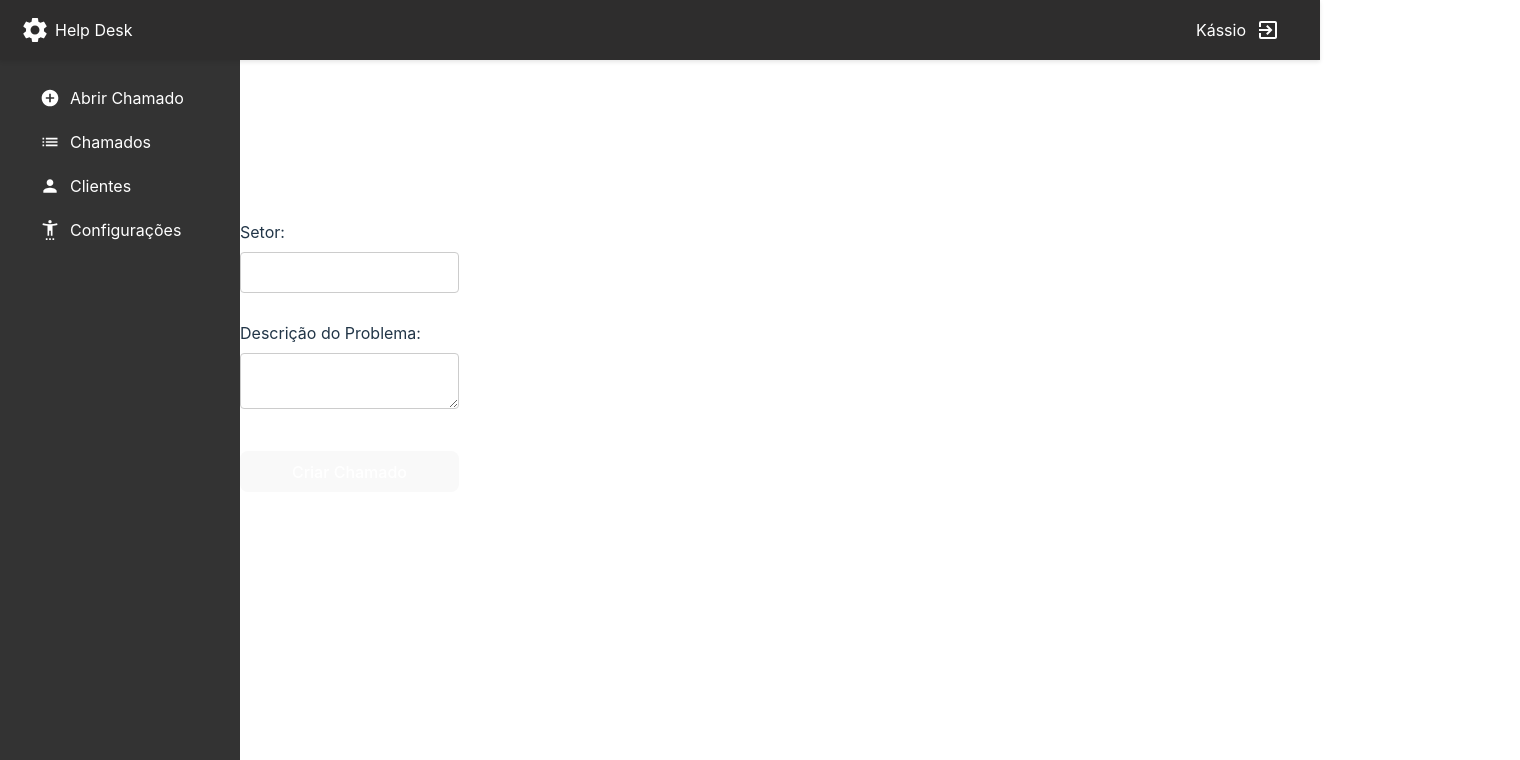
Repository: zkassimz/helpdesk
Page: /, after clicking the first element matching `li`
The author's editor kept a copy of each file at every save. The page is drawn from the files as they stood at one save, then again after the next save.
The browser window is 1280 px wide. The page is 1280 px wide, then 1520 px, so the pictures cover 1520 px, including what lies to the right of the window. The pictures show the whole page.
The project was rebuilt for these pictures with package versions that can differ from the ones it lists, and the page was loaded fresh each time. Also part of the build but not shown: vite.config.js, src/components/css/Chamados.css, src/components/Chamados.jsx, src/components/Clientes.jsx, src/components/Configuracoes.jsx.

Above is the page before, as saved 2024-05-06 17:05:53.

### index.html
<!doctype html>
<html lang="en">

  <body>
    <div id="root"></div>
    <script type="module" src="/src/main.jsx"></script>
  </body>
</html>

### src/App.jsx
// src/App.js
import React, { useState } from 'react';
import AppBar from './components/AppBar'; // Importando o componente AppBar
import Sidebar from './components/Sidebar';
import Chamados from './components/Chamados';
import Clientes from './components/Clientes';
import Configuracoes from './components/Configuracoes';
import CreateTicketPage from './components/AbrirChamadoForm';
import './App.css';

function App() {
  const [currentPage, setCurrentPage] = useState('Dashboard');

  const renderPage = () => {
    switch (currentPage) {

      case 'OpenCall':
        return <CreateTicketPage />;
      case 'Chamados':
        return <Chamados />;
      case 'Clientes':
        return <Clientes />;
      case 'Configuracoes':
        return <Configuracoes />;
      default:
        return <div>Página não encontrada</div>;
    }
  };

  return (
    <div className="app">
      <AppBar />
      <div className="content">
        <Sidebar setCurrentPage={setCurrentPage} />
        <div className="main-content">
          {renderPage()}
        </div>
      </div>
    </div>
  );
}

export default App;

### src/components/AppBar.jsx

import React from 'react';
import { MdExitToApp, MdSettings } from 'react-icons/md';
import './css/AppBar.css';

const AppBar = () => {


  return (
    <div className="appbar">
      <div className="appbar-left">
        <div className="appbar-item" onClick={() => console.log("Consultar/Atender")}>
          <MdSettings size={30} />
          <span>Help Desk</span>
        </div>
      </div>
      <div className="appbar-right">
        <span>Kássio </span>
        <div className="logout-button" onClick={() => console.log("Logout")}>
          <MdExitToApp size={24} />
        </div>
      </div>
    </div>
  );
};

export default AppBar;

### src/components/Sidebar.jsx
import React from 'react';
import './css/SideBar.css';
import {  MdAddCircle, MdList, MdPerson, MdSettingsAccessibility } from 'react-icons/md';
const Sidebar = ({ setCurrentPage }) => {
  const handleClick = (page) => {
    setCurrentPage(page);
  };

  return (
    <div className="sidebar">
      <div className="sidebar-header">

      </div>
      <ul className="menu">
        <li onClick={() => handleClick('OpenCall')}>
        <MdAddCircle size={20}></MdAddCircle>
          <span>Abrir Chamado</span>
        </li>
        <li onClick={() => handleClick('Chamados')}>
        <MdList size={20}></MdList>
        Chamados</li>
        <li onClick={() => handleClick('Clientes')}>

        <MdPerson size={20}></MdPerson>
          Clientes</li>
        <li onClick={() => handleClick('Configurações')}>

        <MdSettingsAccessibility size={20}></MdSettingsAccessibility>

          Configurações</li>
      </ul>
    </div>
  );
};

export default Sidebar;

### src/components/AbrirChamadoForm.jsx
import React, { useState } from 'react';
import './css/CreateTicketPage.css';

const CreateTicketPage = () => {
  const [formData, setFormData] = useState({
    setor: '',
    descricaoProblema: ''
  });

  const handleChange = (e) => {
    const { name, value } = e.target;
    setFormData({
      ...formData,
      [name]: value
    });
  };

  const handleSubmit = (e) => {
    e.preventDefault();
    console.log('Dados do formulário:', formData);
    setFormData({
      setor: '',
      descricaoProblema: ''
    });
  };

  return (

    <div className="create-ticket-page">

      <form onSubmit={handleSubmit} className="ticket-form">
        <div className="form-group">
          <label htmlFor="setor">Setor:</label>
          <input
            type="text"
            id="setor"
            name="setor"
            value={formData.setor}
            onChange={handleChange}
            required
            className="input-field"
          />
        </div>
        <div className="form-group">
          <label htmlFor="descricaoProblema">Descrição do Problema:</label>
          <textarea
            id="descricaoProblema"
            name="descricaoProblema"
            value={formData.descricaoProblema}
            onChange={handleChange}
            required
            className="textarea-field"
          />
        </div>
        <button type="submit" className="submit-button">Criar Chamado</button>
      </form>
    </div>
  );
};

export default CreateTicketPage;

### src/App.css

.app {
  display: grid;
  grid-template-rows: auto 1fr;
  height: 100vh;
}
.sidebar {
  width: 200px;
  background-color: #333;
  color: #fff;
}

.main-content {
  flex: 1;
  overflow-y: auto;
}

.content {
  display: flex;
}

.sidebar-header {
  padding: 20px;
  text-align: center;
}

.menu {
  list-style-type: none;
  padding: 0;
}

.menu li {
  padding: 10px 20px;
  cursor: pointer;
}

.menu li:hover {
  background-color: #555;
}

### src/components/css/AppBar.css


.appbar {
    background-color: #2e2d2d;
    color: #fff;
    display: flex;
    justify-content: space-between;
    align-items: center;
    padding: 0 20px;
    height: 60px;
    width: 100%;
    position: fixed;
    top: 0;
    z-index: 1000;
    box-shadow: 0 2px 4px rgba(0, 0, 0, 0.1);
  }


  .appbar-item{
    margin-right: 10px;
    align-items: center;
    display: flex;
  }

  .appbar-left, .appbar-right {
    display: flex;
    align-items: center;
  }

  .appbar-item, .logout-button {
    cursor: pointer;
    margin-right: 20px;
    text-decoration: none;
    color: inherit;
    transition: all 0.3s ease;
  }

  .appbar-item:hover, .logout-button:hover {
    transform: translateY(-2px);
  }

  .appbar-item span {
    margin-left: 5px;
  }

  .logout-button {
    display: flex;
    align-items: center;
  }

  .logout-button span {
    margin-right: 10px;
  }
  .appbar-right {
    display: flex;
    align-items: center;
  }

  .appbar-right span {
    margin-right: 10px;
  }

  .logout-button {
    display: flex;
    align-items: center;
  }

### src/components/css/SideBar.css
.sidebar {
    width: 100px;
    background-color: #333;
    color: #fff;
    height: 100vh;
    padding: 20px;
  }

  .sidebar.open {
    width: 0;
  }



  .menu li {
    display: flex;
    align-items: center;
    cursor: pointer;
  }

  .menu li > * {
    margin-right: 10px; /* Espaço entre o ícone e o texto */
  }


  @media (max-width: 768px) {
    .sidebar {
      width: 100%;
    }
  }


  @media (min-width: 1024px) {
    .sidebar {
      width: 300px;
    }
  }

### src/components/css/CreateTicketPage.css
.modal {
  display: none;
  position: fixed;
  z-index: 1;
  left: 0;
  top: 0;
  width: 100%;
  height: 100%;
  overflow: auto;
  background-color: rgba(0,0,0,0.4);
}

.create-ticket-page {
  display: flex;
  justify-content: center;
  align-items: center;
  height: 100vh;
}

.modal-content {
  background-color: #fefefe;
  margin: 15% auto;
  padding: 20px;
  border: 1px solid #888;
  width: 80%;
}

.close-button {
  color: #aaa;
  float: right;
  font-size: 28px;
  font-weight: bold;
}

.close-button:hover,
.close-button:focus {
  color: black;
  text-decoration: none;
  cursor: pointer;
}

h2 {
  text-align: center;
}

form {
  width: 100%;
}

.form-group {
  margin-bottom: 20px;
}

label {
  display: block;
}

input[type="text"],
textarea,
select {
  width: 100%;
  padding: 12px 20px;
  margin: 8px 0;
  border: 1px solid #ccc;
  border-radius: 4px;
  box-sizing: border-box;
}

button {
  background-color: #4CAF50;
  color: white;
  padding: 14px 20px;
  margin: 8px 0;
  border: none;
  border-radius: 4px;
  cursor: pointer;
  width: 100%;
}

button:hover {
  background-color: #45a049;
}

.modal.open {
  display: block; /* Mostra o modal quando a classe 'open' é aplicada */
}

Loaded but not shown: src/main.jsx (common file); src/index.css (common file)

After the next save:
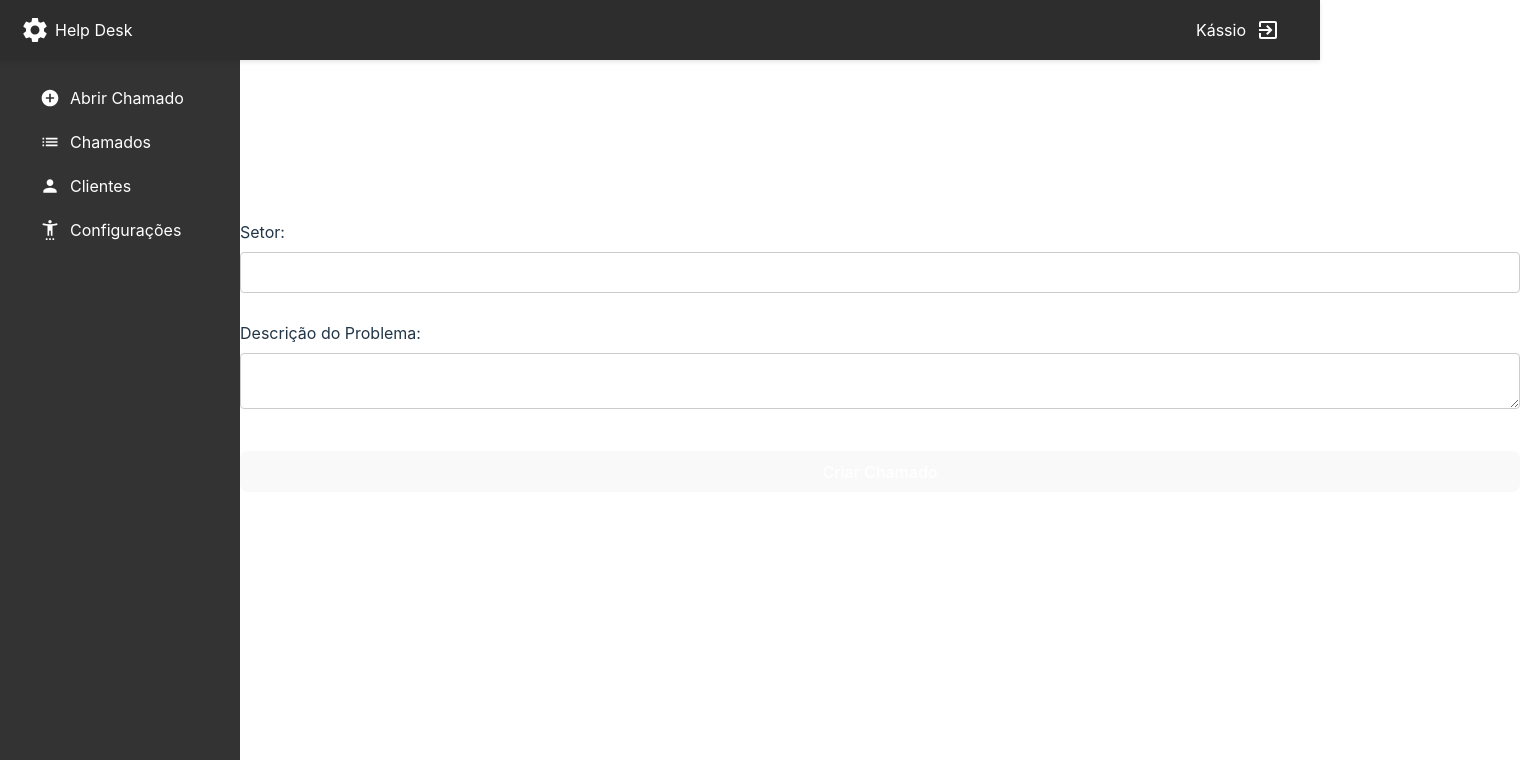
Saved 90 s later.
--- a/src/components/css/CreateTicketPage.css
+++ b/src/components/css/CreateTicketPage.css
@@ -44,7 +44,7 @@ h2 {
 }
 
 form {
-  width: 100%;
+  width: 100vw;
 }
 
 .form-group {
